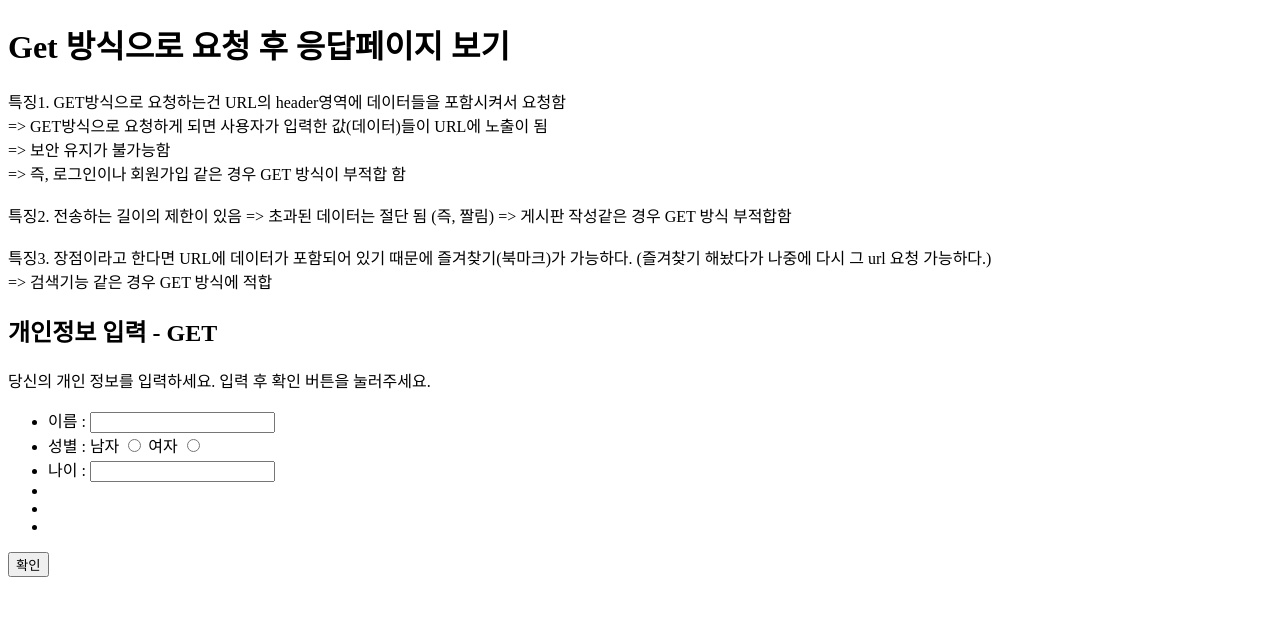
Repository: pje00427/webserver_workspace1
Page: 1_Servlet/WebContent/views/requestTest_GET.html
These files come from the project's save history. The page is drawn as it stood at one moment and after the next save; the edit follows.
The browser window is 1280 px wide. The pictures show the whole page.

Above is the page before, as saved 2020-08-27 05:19:36.

After the next save:
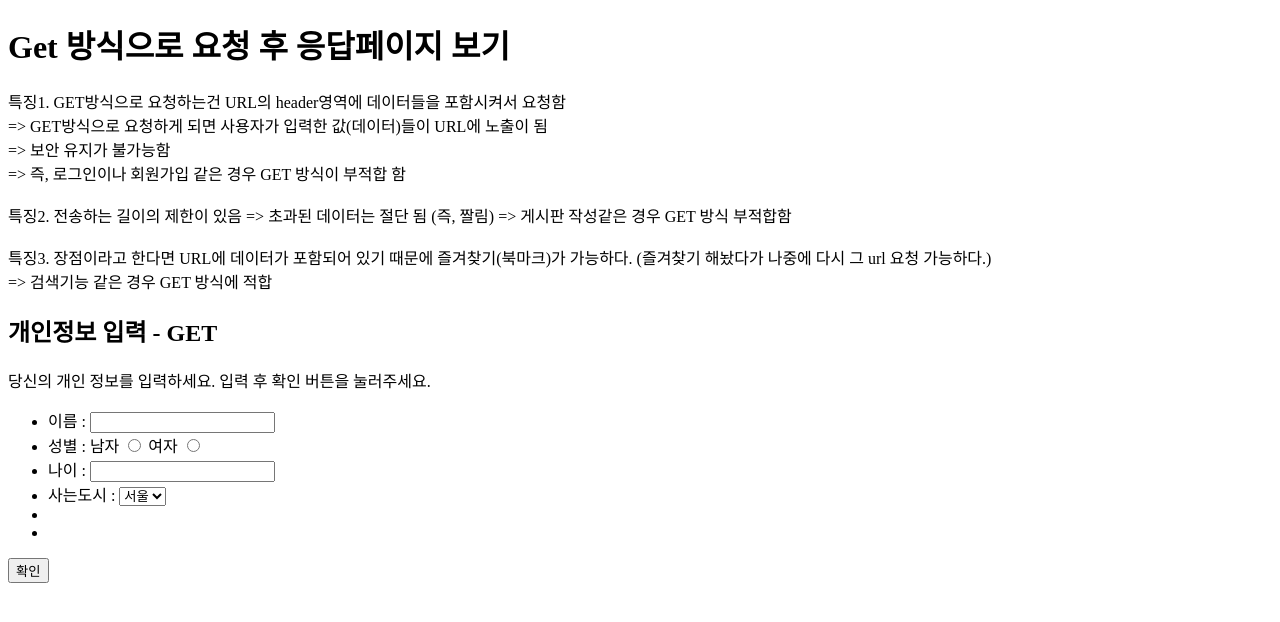
Saved 16 min 2 s later.
--- a/1_Servlet/WebContent/views/requestTest_GET.html
+++ b/1_Servlet/WebContent/views/requestTest_GET.html
@@ -35,7 +35,14 @@
 			<li>
 				나이 : <input type="number" name="age">
 			</li>
-			<li></li>
+			<li>
+				사는도시 :
+				<select>
+					<option>서울</option>
+					<option>강원</option>
+					<option>경기</option>
+				</select>
+			</li>
 			<li></li>
 			<li></li>
 		</ul>
